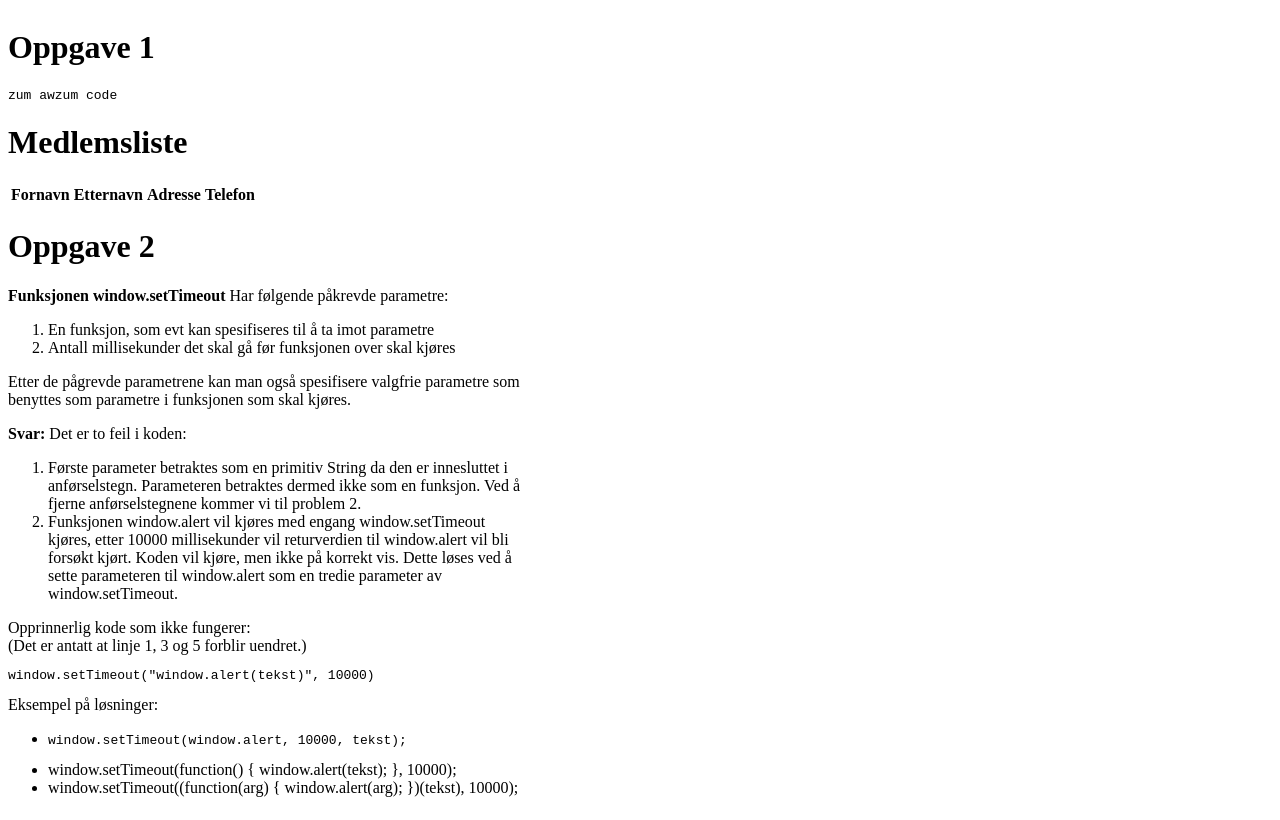
Repository: superdids/DAT152
Page: Oblig1/WebContent/index.html
These files come from the project's save history. The page is drawn as it stood at one moment and after the next save; the edit follows.
The browser window is 1280 px wide. The pictures show the whole page.

Above is the page before, as saved 2015-09-05 22:03:14.

### Oblig1/WebContent/index.html
<!DOCTYPE html>
<html>
<head>
<meta charset="UTF-8">
<script type="text/javascript" src="js/fil.js"></script>
<link href="css/style.css" rel="stylesheet" type="text/css" />
<title>Obligatorisk innlevering 1</title>
</head>
<body>

<h1>Oppgave 1</h1>

	<pre>zum awzum code</pre>
	<h1>Medlemsliste</h1>
	<table>
		<tr>
			<th>Fornavn</th>
			<th>Etternavn</th>
			<th>Adresse</th>
			<th>Telefon</th>
			<th></th>
			<th></th>
		</tr>
	</table>

<h1>Oppgave 2</h1>
<p><b>Funksjonen window.setTimeout </b>Har følgende påkrevde parametre:</p>
<ol>
<li>En funksjon, som evt kan spesifiseres til å ta imot parametre</li>
<li>Antall millisekunder det skal gå før funksjonen over skal kjøres</li>
</ol>

<p>Etter de pågrevde parametrene kan man også spesifisere valgfrie parametre
som benyttes som parametre i funksjonen som skal kjøres.</p>

<p><b>Svar: </b>Det er to feil i koden: </p>
<ol>
<li>Første parameter betraktes som en primitiv String da den er innesluttet
i anførselstegn. Parameteren betraktes dermed ikke som en funksjon. Ved å
fjerne anførselstegnene kommer vi til problem 2.</li>
<li>Funksjonen window.alert vil kjøres med engang window.setTimeout kjøres,
etter 10000 millisekunder vil returverdien til window.alert
vil bli forsøkt kjørt. Koden vil kjøre, men ikke på korrekt vis.
Dette løses ved å sette parameteren til window.alert som en tredie parameter
av window.setTimeout. </li>
</ol>
Opprinnerlig kode som ikke fungerer: <br />
(Det er antatt at linje 1, 3 og 5 forblir uendret.)
<pre>window.setTimeout("window.alert(tekst)", 10000)</pre>
Eksempel på løsninger:
<ul>
<li><pre>window.setTimeout(window.alert, 10000, tekst);</pre></li>
<li>window.setTimeout(function() { window.alert(tekst); }, 10000);
<li>window.setTimeout((function(arg) { window.alert(arg); })(tekst), 10000);
</ul>


</body>
</html>

### Oblig1/WebContent/js/fil.js
"use strict";

(function() {
	var lastet = function() {
		function forsinketUtskrift(tekst) {
			window.setTimeout(window.alert, 1000, tekst);
		}
		forsinketUtskrift("En liten utskrift");
	}

	window.addEventListener('load', lastet, false);
})();

### Oblig1/WebContent/css/style.css
body {
	width: 40%;
	float: left;
}

After the next save:
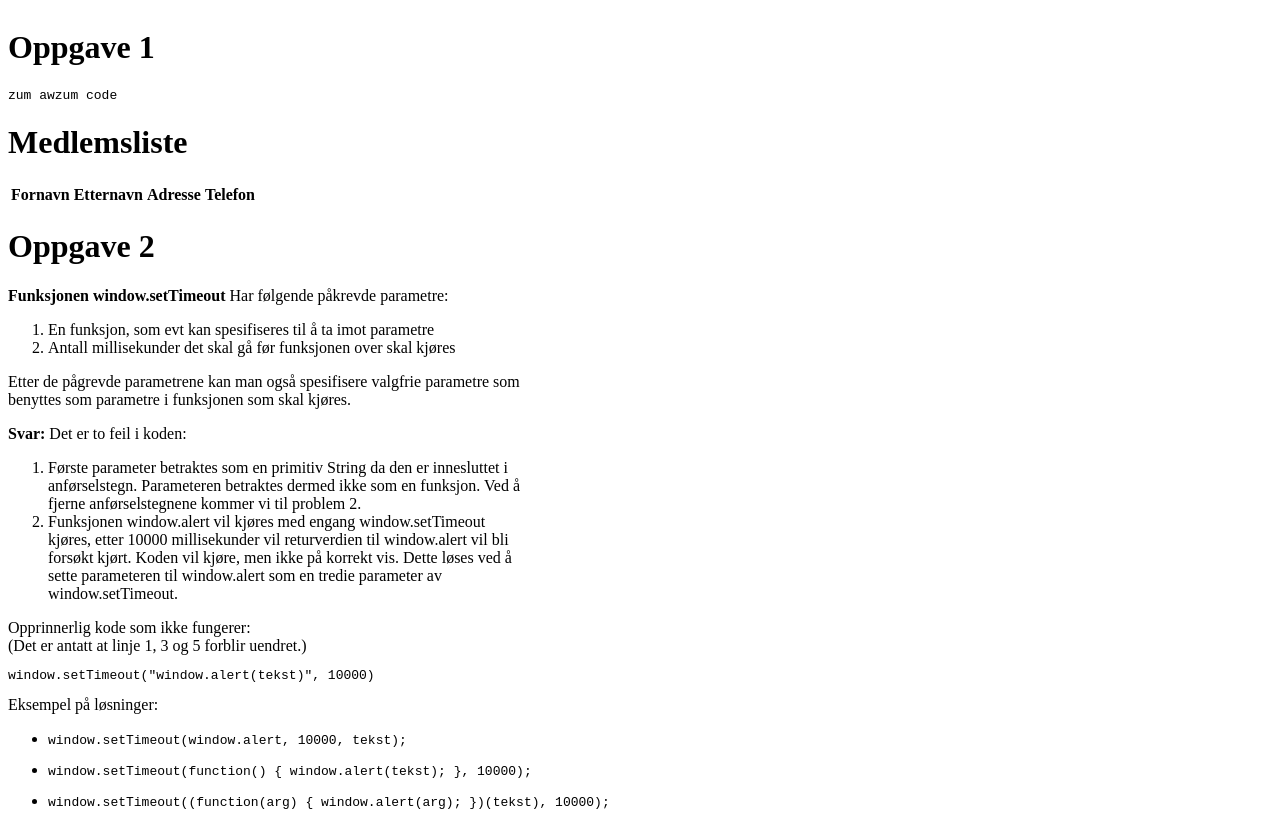
Saved 26 s later.
--- a/Oblig1/WebContent/index.html
+++ b/Oblig1/WebContent/index.html
@@ -50,8 +50,8 @@ Opprinnerlig kode som ikke fungerer: <br />
 Eksempel på løsninger:
 <ul>
 <li><pre>window.setTimeout(window.alert, 10000, tekst);</pre></li>
-<li>window.setTimeout(function() { window.alert(tekst); }, 10000);
-<li>window.setTimeout((function(arg) { window.alert(arg); })(tekst), 10000);
+<li><pre>window.setTimeout(function() { window.alert(tekst); }, 10000); </pre> </li>
+<li><pre>window.setTimeout((function(arg) { window.alert(arg); })(tekst), 10000);
 </ul>
 
 
